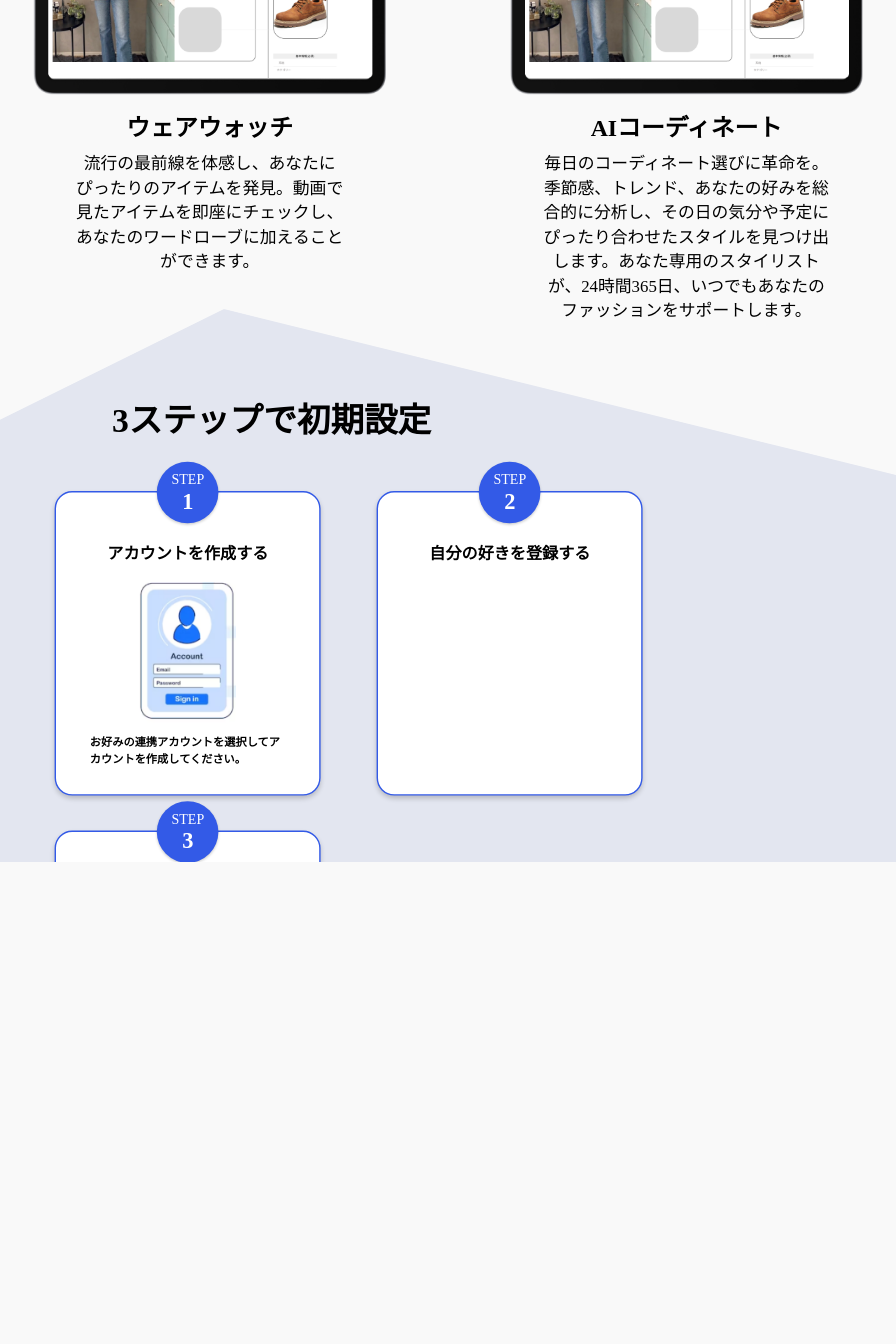
Repository: Yoshiki0418/yahoo.hack
Page: welcome.html
An editor plug-in stored every save of this project. The page is shown before and after the next save, followed by the edit.
The browser window is 1280 px wide. The pictures show the part of the page from y = 2732 to 4652 px (the page is 5407 px tall), at 70% of full size.

Above is the page before, as saved 2024-02-09 23:26:57.

After the next save:
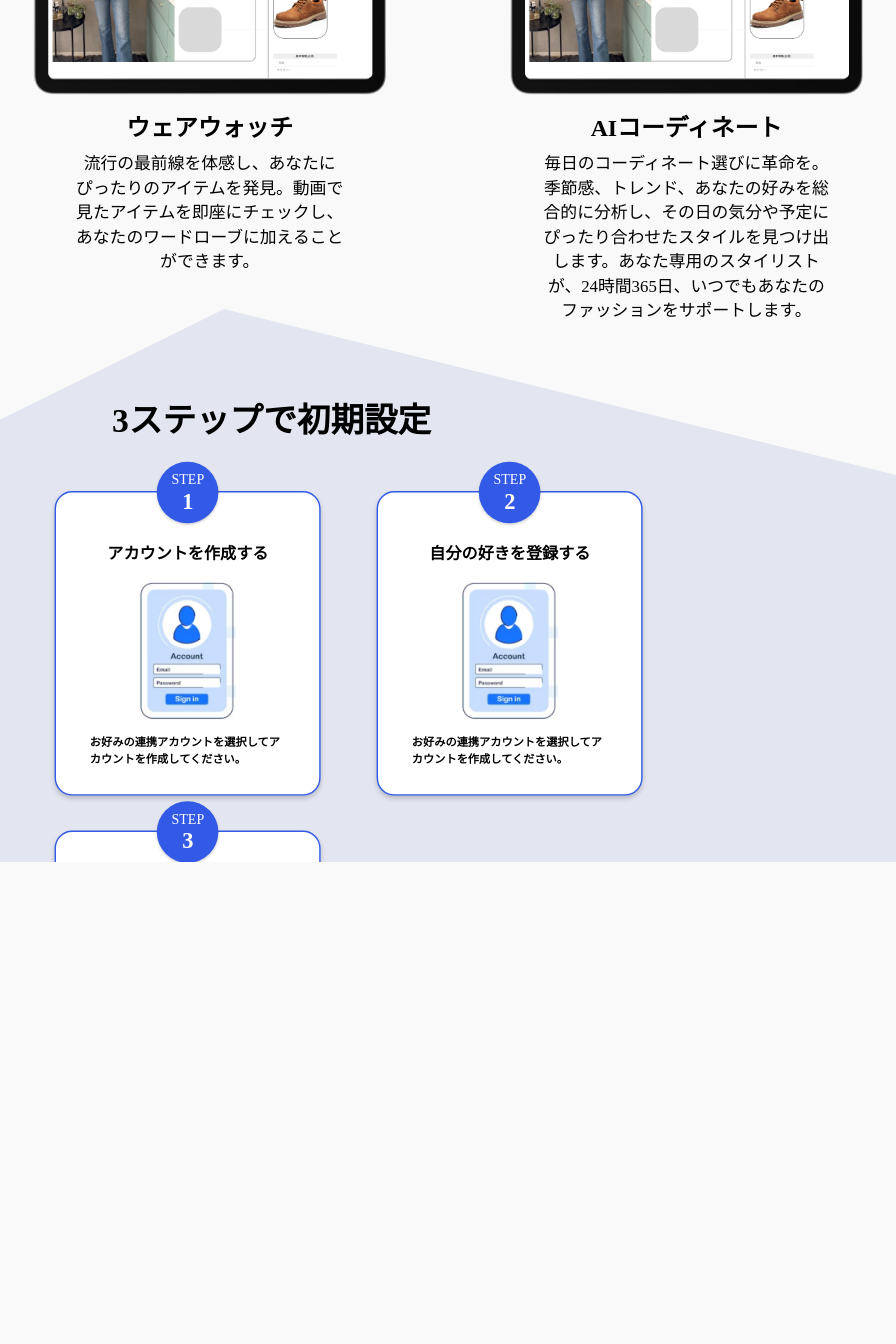
Saved 79 s later.
--- a/welcome.html
+++ b/welcome.html
@@ -100,11 +100,15 @@
                         <div class="step-circle">STEP<h4>2</h4></div>
                         <div class="step-box"></div>
                         <h3>自分の好きを登録する</h3>
+                        <img src="static/image/step1.png" class="step1_pic">
+                        <p>お好みの連携アカウントを選択してアカウントを作成してください。</p>
                     </div>
                     <div class="step-container">
                         <div class="step-circle">STEP<h4>3</h4></div>
                         <div class="step-box"></div>
                         <h3>クローゼットを登録</h3>
+                        <img src="static/image/step1.png" class="step1_pic">
+                        <p>お好みの連携アカウントを選択してアカウントを作成してください。</p>
                     </div>
                 </div>
             </div>
